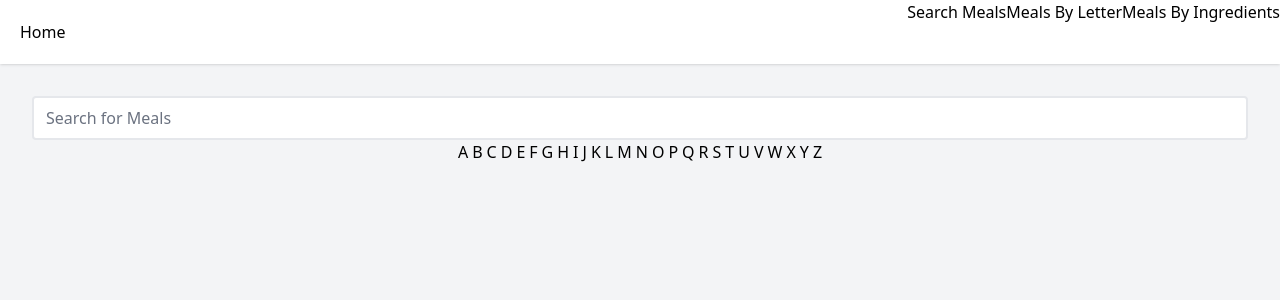
Repository: HalemX/meals
Page: /
The author's editor kept a copy of each file at every save. The page is drawn from the files as they stood at one save, then again after the next save.
The browser window is 1280 px wide. The pictures show the whole page.
The project was rebuilt for these pictures with package versions that can differ from the ones it lists, and the page was loaded fresh each time. Also part of the build but not shown: vite.config.js, src/pages/MealsList.vue.

Above is the page before, as saved 2024-02-08 16:36:06.

After the next save:
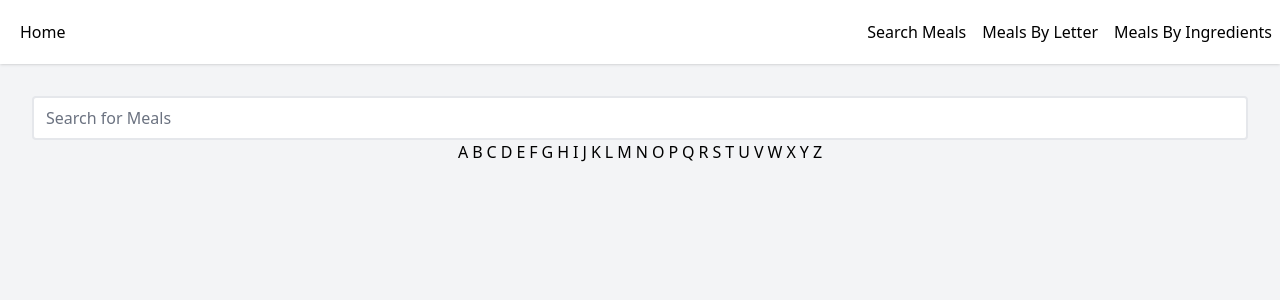
Saved 49 s later.
--- a/src/App.vue
+++ b/src/App.vue
@@ -7,9 +7,21 @@
         >Home</router-link
       >
       <div>
-        <router-link to="/">Search Meals</router-link>
-        <router-link to="/">Meals By Letter</router-link>
-        <router-link to="/">Meals By Ingredients</router-link>
+        <router-link
+          class="inline-flex items-center px-2 h-full transition-co"
+          to="/"
+          >Search Meals</router-link
+        >
+        <router-link
+          class="inline-flex items-center px-2 h-full transition-co"
+          to="/"
+          >Meals By Letter</router-link
+        >
+        <router-link
+          class="inline-flex items-center px-2 h-full transition-co"
+          to="/"
+          >Meals By Ingredients</router-link
+        >
       </div>
     </header>
     <main>
